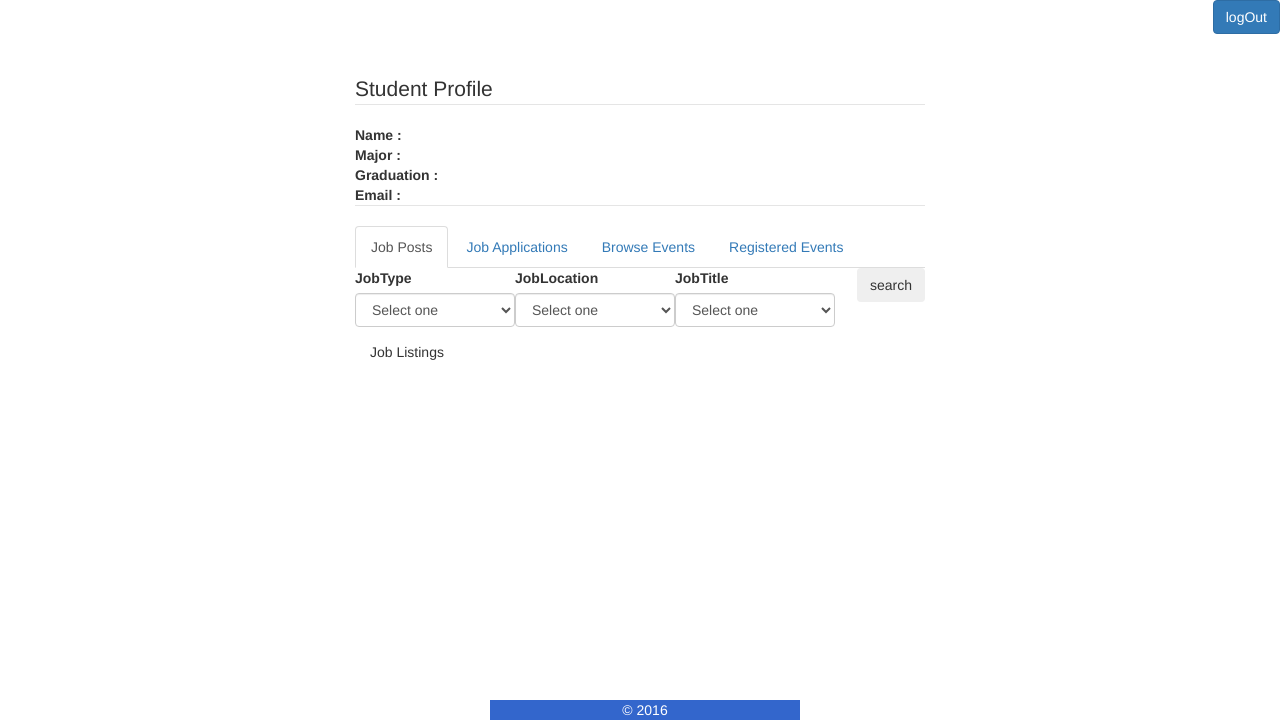
Repository: merlynfrank/AcademicProjects
Page: http://localhost/studenthome
An editor plug-in stored every save of this project. The page is shown before and after a run of saves, followed by the edit.
The browser window is 1280 px wide. The pictures show the whole page.
The page is this project's Thymeleaf template; nobody is signed in. The template is opened directly, without the code that normally fills it, so the values that code supplies are empty.

Above is the page before, as saved 2018-12-01 06:25:43.

After the next 2 saves:
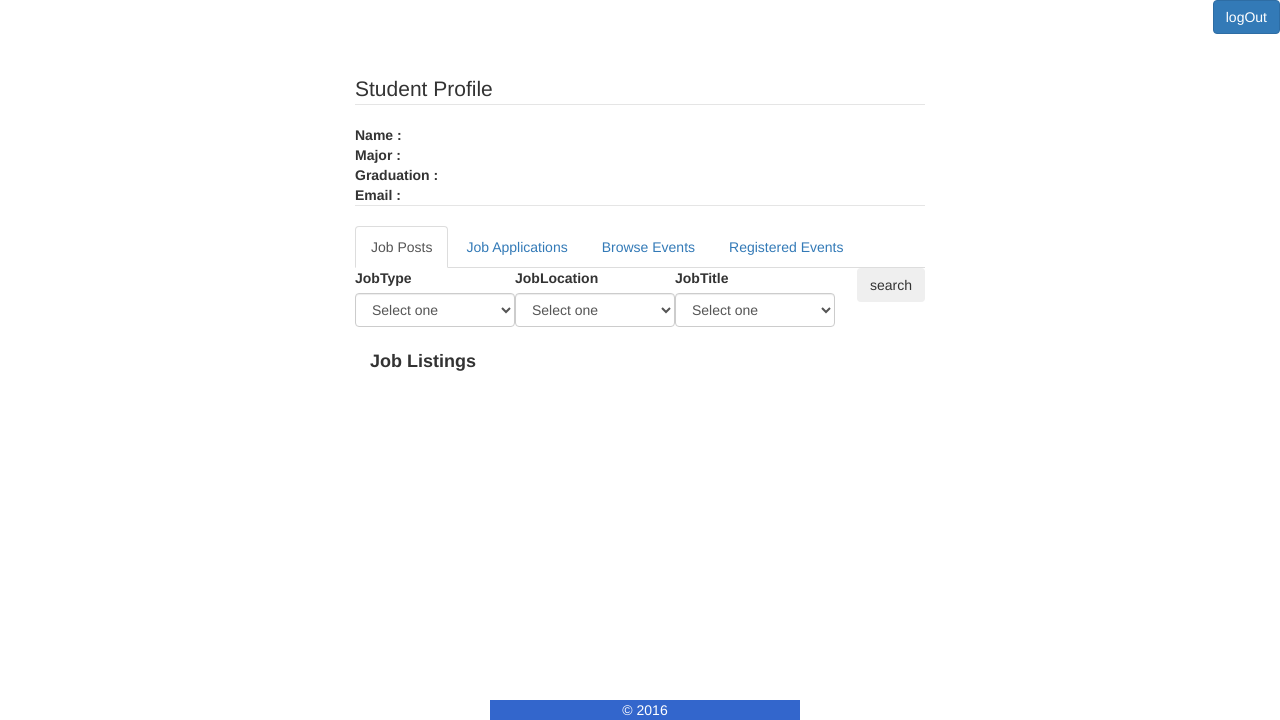
The 2 saves are shown as one change because 1 did not build or start.
The last was saved 8 min 36 s later.
--- a/smith-is-internship/src/main/resources/templates/studenthome.html
+++ b/smith-is-internship/src/main/resources/templates/studenthome.html
@@ -108,9 +108,9 @@
 						<button id="search" name="search" class="btn">search</button>
 					</div>
 				</form>
-				<div class="form-group col-md-4">
-					<table class="table table-hover table-striped" overflow-y="hidden">
-					<thead>Job Listings</thead>
+				<div class="form-group col-md-4 form-elegant scrollbar-light-blue">
+					<table class="table table-hover table-striped">
+					<thead><h4><strong>Job Listings</strong></h4></thead>
 
 						<div th:each="job : ${jobs}">
 					<tr>
